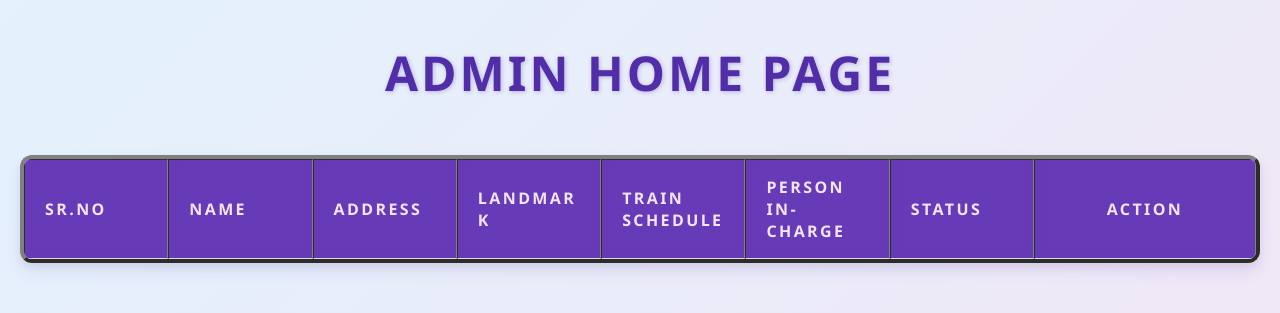
Repository: chinthaginjalabhuvan/Java
Page: http://localhost/RailwayCrossingProject/AdminHome.jsp
An editor plug-in stored every save of this project. The page is shown before and after the next save, followed by the edit.
The browser window is 1280 px wide. The pictures show the whole page.
The page is served by Tomcat 9. Other server files are loaded and not shown. Queries for data that is not in the repository find no rows.

Above is the page before, as saved 2025-06-06 09:54:02.

### RailwayCrossingProject/src/main/webapp/AdminHome.jsp
<%@page import="com.railway.dao.RailwayCrossingDao"%>
<%@page import="com.railway.bean.RailwayCrossingBean"%>
<%@page import="java.util.ArrayList"%>

<html>

	<head>
		<style>
			body {
  font-family: 'Segoe UI', Tahoma, Geneva, Verdana, sans-serif;
  background: linear-gradient(135deg, #e3f2fd, #f3e5f5);
  margin: 40px 20px;
  color: #2c3e50;
  -webkit-font-smoothing: antialiased;
  -moz-osx-font-smoothing: grayscale;
}

h1 {
  text-align: center;
  color: #512da8;
  margin-bottom: 50px;
  font-weight: 900;
  font-size: 3rem;
  letter-spacing: 3px;
  text-transform: uppercase;
  text-shadow: 1px 1px 4px rgba(81, 45, 168, 0.3);
  user-select: none;
}

/* ===== Table Container ===== */
table {
  width: 100%;
  max-width: 1400px; /* Increased max width */
  margin: 0 auto 60px auto;
  border-collapse: separate;
  border-spacing: 0;
  background: #ffffffdd;
  box-shadow:
    0 8px 16px rgba(81, 45, 168, 0.1),
    0 4px 8px rgba(0,0,0,0.05);
  border-radius: 12px;
  overflow: hidden;
  word-wrap: break-word;
  table-layout: fixed;
  cursor: default;
}

th, td {
  padding: 16px 20px;
  text-align: left;
  font-size: 1rem;
  transition: color 0.3s ease;
  border-bottom: 1px solid #ddd;
  word-wrap: break-word;
}

th {
  background: #673ab7;
  color: #f3e5f5;
  font-weight: 700;
  text-transform: uppercase;
  letter-spacing: 0.15em;
  user-select: none;
  box-shadow: inset 0 -3px 6px rgba(103, 58, 183, 0.3);
  position: sticky;
  top: 0;
  z-index: 2;
}

/* Soft pastel row colors */
tbody tr:nth-child(odd) {
  background-color: #ede7f6; /* Light purple */
}

tbody tr:nth-child(even) {
  background-color: #e1f5fe; /* Light blue */
}

/* Hover effect with another soft color */
tbody tr:hover {
  background-color: #ffd180; /* Soft warm orange */
  color: #4e342e;
  font-weight: 600;
  transition: background-color 0.4s ease;
}

/* Action column */
#act {
  width: 180px;
  text-align: center;
}

/* Forms inside action cell inline */
#status form {
  display: inline-block;
  margin: 0 8px;
}

/* Buttons */
button {
  background-color: #9575cd; /* Medium pastel purple */
  border: none;
  color: white;
  padding: 10px 22px;
  text-transform: uppercase;
  font-size: 0.9rem;
  font-weight: 600;
  border-radius: 25px;
  cursor: pointer;
  transition: background-color 0.35s ease, box-shadow 0.35s ease, transform 0.25s ease;
  box-shadow: 0 4px 6px rgba(149, 117, 205, 0.4);
  user-select: none;
  outline-offset: 3px;
  outline-color: transparent;
  outline-style: solid;
  overflow: visible;
}

button:hover,
button:focus {
  background-color: #7e57c2; /* Darker pastel purple */
  box-shadow: 0 6px 12px rgba(126, 87, 194, 0.7);
  transform: translateY(-2px);
  outline-color: #b39ddb;
}

button:active {
  transform: translateY(0);
  box-shadow: 0 2px 5px rgba(126, 87, 194, 0.5);
}

/* Responsive: wrap cells instead of scroll */
@media (max-width: 768px) {
  table {
    width: 100%;
    table-layout: auto;
  }

  th, td {
    padding: 12px 16px;
    font-size: 0.9rem;
    white-space: normal;
  }

  #act {
    width: auto;
  }

  button {
    padding: 8px 16px;
    font-size: 0.85rem;
  }
}
		</style>
	</head>

	<body>

		<h1>Admin Home Page</h1>
		<%
		int i=1;
		ArrayList<RailwayCrossingBean> all=RailwayCrossingDao.selectAll();%>

		<table border="4">
		<tr><th>Sr.No</th><th>Name</th><th>Address</th><th>Landmark</th><th>Train Schedule</th><th>Person In-charge</th><th>Status</th><th id="act">Action</th></tr>
		<%
		for(RailwayCrossingBean rcb:all){
			%>
			<tr>
			<td><%=i %></td><td><%=rcb.getName() %></td><td><%=rcb.getLandmark() %></td><td><%=rcb.getTrainschedules() %></td><td><%=rcb.getPersonincharges() %></td><td><%=rcb.getStatus() %></td>
			<td id="status">
			<form action="UpdateCrossingForm.jsp"><button type="submit">Update</button>
			</form>
			<form action="DeleteCrossingForm.jsp">
			<%session.setAttribute("aaa",rcb.getName()); %>
			<button type="submit">Delete</button>
			</form>
			</td>
		<%i++;}%>
		</tr>
		</table>

	</body>

</html>

### RailwayCrossingProject/src/main/java/com/railway/dao/RailwayCrossingDao.java
package com.railway.dao;

import java.sql.*;

import java.util.ArrayList;



import com.railway.bean.RailwayCrossingBean;

import com.railway.bean.RegisterBean;

public class RailwayCrossingDao {

public static Connection con=getCon();

public static PreparedStatement ps;

public static ResultSet rs;

public static Connection getCon()

{

	try

	{

 Class.forName("com.mysql.cj.jdbc.Driver");

 con=DriverManager.getConnection("jdbc:mysql://localhost:3306/railway","root","Password@12");



	}

	catch(ClassNotFoundException cnf)

	{



	}

	catch(SQLException sql)

	{



	}

	return con;

}

public static String register(RegisterBean rb)

{

	int i=0;

	try

	{

 ps=con.prepareStatement("insert into register values(?,?,?)");

 ps.setString(1,rb.getName());

 ps.setString(2, rb.getEmail());

 ps.setString(3, rb.getPassword());

 i=ps.executeUpdate();

 if(i==1)

 {

 return "SUCCESS";

 }

 else

 {

 return "FAIL";

 }

	}

	catch(SQLException sql)

	{



	}

	return null;

}

public static String checkLogin(String email,String pass)

{

	try

	{

 ps=con.prepareStatement("select * from register where email=? and password=?");

 ps.setString(1, email);

 ps.setString(2, pass);

 rs=ps.executeQuery();

 if(rs.next())

 {

 return "Valid";

 }

 else

 {

 return "Invalid";

 }

	}

	catch(SQLException sql)

	{



	}

	return null;

}





public static ArrayList<RailwayCrossingBean> selectAll()

{

	ArrayList<RailwayCrossingBean> al=new ArrayList<RailwayCrossingBean>();

	try

	{

 ps=con.prepareStatement("select * from railwaycrossing");

 rs=ps.executeQuery();

 while(rs.next())

 {

 RailwayCrossingBean rcb=new RailwayCrossingBean();

 rcb.setName(rs.getString(1));

 rcb.setAddress(rs.getString(2));

 rcb.setLandmark(rs.getString(3));

 rcb.setTrainschedules(rs.getString(4));

 rcb.setPersonincharges(rs.getString(5));

 rcb.setStatus(rs.getString(6));

 al.add(rcb);



 }

	}

	catch(SQLException sql)

	{



	}

	return al;

}



public static int deleteByName(String name)

{

	System.out.println("Under Dao "+name);

	int i=0;

	try

	{

 ps=con.prepareStatement("delete from railwaycrossing where name=?");

 ps.setString(1, name);

 i=ps.executeUpdate();

	}

	catch(SQLException sql)

	{

 System.out.println(sql);

	}

	return 1;

}

}

After the next save:
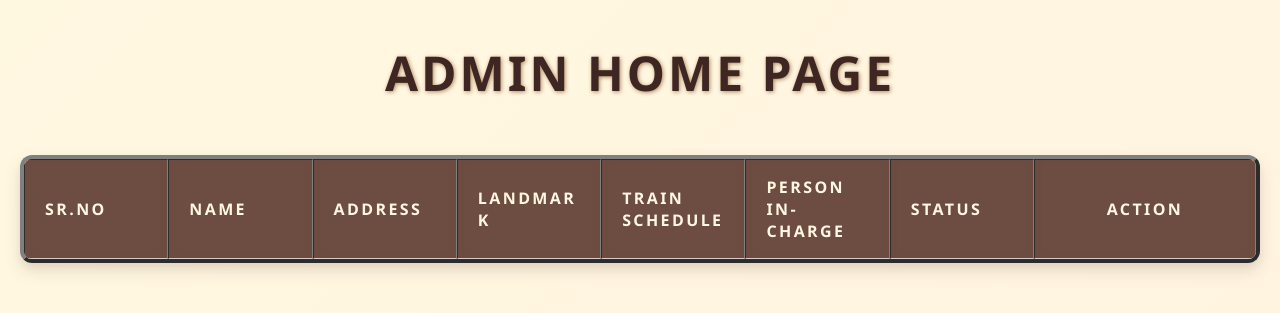
Saved 16 min 40 s later.
--- a/RailwayCrossingProject/src/main/webapp/AdminHome.jsp
+++ b/RailwayCrossingProject/src/main/webapp/AdminHome.jsp
@@ -8,35 +8,35 @@
 		<style>
 			body {
   font-family: 'Segoe UI', Tahoma, Geneva, Verdana, sans-serif;
-  background: linear-gradient(135deg, #e3f2fd, #f3e5f5);
+  background: linear-gradient(135deg, #fff8e1, #fff3e0);
   margin: 40px 20px;
-  color: #2c3e50;
+  color: #5d4037; /* deep brown text */
   -webkit-font-smoothing: antialiased;
   -moz-osx-font-smoothing: grayscale;
 }
 
 h1 {
   text-align: center;
-  color: #512da8;
+  color: #3e2723; /* dark coffee brown */
   margin-bottom: 50px;
   font-weight: 900;
   font-size: 3rem;
   letter-spacing: 3px;
   text-transform: uppercase;
-  text-shadow: 1px 1px 4px rgba(81, 45, 168, 0.3);
+  text-shadow: 1px 1px 4px #b28860; /* subtle warm shadow */
   user-select: none;
 }
 
 /* ===== Table Container ===== */
 table {
   width: 100%;
-  max-width: 1400px; /* Increased max width */
+  max-width: 1400px;
   margin: 0 auto 60px auto;
   border-collapse: separate;
   border-spacing: 0;
-  background: #ffffffdd;
+  background: rgba(255, 248, 220, 0.85); /* creamy warm */
   box-shadow:
-    0 8px 16px rgba(81, 45, 168, 0.1),
+    0 8px 16px rgba(109, 76, 65, 0.15), /* softer brown shadow */
     0 4px 8px rgba(0,0,0,0.05);
   border-radius: 12px;
   overflow: hidden;
@@ -50,18 +50,19 @@ th, td {
   text-align: left;
   font-size: 1rem;
   transition: color 0.3s ease;
-  border-bottom: 1px solid #ddd;
+  border-bottom: 1px solid #d7ccc8; /* soft border */
   word-wrap: break-word;
+  color: #5d4037;
 }
 
 th {
-  background: #673ab7;
-  color: #f3e5f5;
+  background: #6d4c41; /* warm coffee brown */
+  color: #fff8e1; /* cream text */
   font-weight: 700;
   text-transform: uppercase;
   letter-spacing: 0.15em;
   user-select: none;
-  box-shadow: inset 0 -3px 6px rgba(103, 58, 183, 0.3);
+  box-shadow: inset 0 -3px 6px rgba(109, 76, 65, 0.4);
   position: sticky;
   top: 0;
   z-index: 2;
@@ -69,17 +70,17 @@ th {
 
 /* Soft pastel row colors */
 tbody tr:nth-child(odd) {
-  background-color: #ede7f6; /* Light purple */
+  background-color: #fff8e1; /* light cream */
 }
 
 tbody tr:nth-child(even) {
-  background-color: #e1f5fe; /* Light blue */
+  background-color: #f5f1ea; /* very light warm beige */
 }
 
-/* Hover effect with another soft color */
+/* Hover effect with warm soft tone */
 tbody tr:hover {
-  background-color: #ffd180; /* Soft warm orange */
-  color: #4e342e;
+  background-color: #d7ccc8; /* soft taupe */
+  color: #3e2723;
   font-weight: 600;
   transition: background-color 0.4s ease;
 }
@@ -98,9 +99,9 @@ tbody tr:hover {
 
 /* Buttons */
 button {
-  background-color: #9575cd; /* Medium pastel purple */
+  background-color: #a1887f; /* warm taupe */
   border: none;
-  color: white;
+  color: #fff8e1; /* cream text */
   padding: 10px 22px;
   text-transform: uppercase;
   font-size: 0.9rem;
@@ -108,25 +109,26 @@ button {
   border-radius: 25px;
   cursor: pointer;
   transition: background-color 0.35s ease, box-shadow 0.35s ease, transform 0.25s ease;
-  box-shadow: 0 4px 6px rgba(149, 117, 205, 0.4);
+  box-shadow: 0 4px 6px rgba(161, 136, 127, 0.4);
   user-select: none;
   outline-offset: 3px;
   outline-color: transparent;
   outline-style: solid;
   overflow: visible;
+  font-family: 'Georgia', serif;
 }
 
 button:hover,
 button:focus {
-  background-color: #7e57c2; /* Darker pastel purple */
-  box-shadow: 0 6px 12px rgba(126, 87, 194, 0.7);
+  background-color: #6d4c41; /* darker coffee brown */
+  box-shadow: 0 6px 12px rgba(109, 76, 65, 0.7);
   transform: translateY(-2px);
   outline-color: #b39ddb;
 }
 
 button:active {
   transform: translateY(0);
-  box-shadow: 0 2px 5px rgba(126, 87, 194, 0.5);
+  box-shadow: 0 2px 5px rgba(109, 76, 65, 0.5);
 }
 
 /* Responsive: wrap cells instead of scroll */
